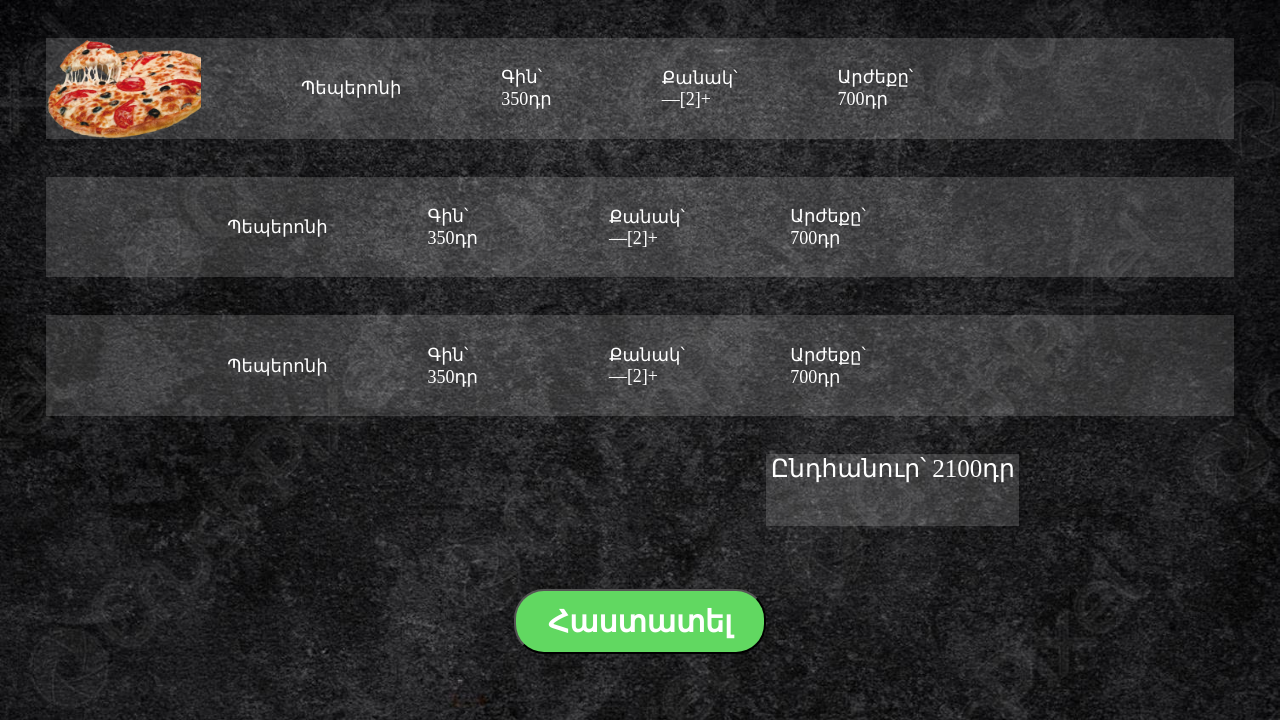
Repository: NarekTovmasyan/PizzaManue
Page: public/basket.html
These files come from the project's save history. The page is drawn as it stood at one moment and after the next save; the edit follows.
The browser window is 1280 px wide. The pictures show the whole page.

Above is the page before, as saved 2022-01-20 15:05:39.

### public/basket.html
<!DOCTYPE html>
<html lang="en">
<head>
    <meta charset="UTF-8">
    <meta http-equiv="X-UA-Compatible" content="IE=edge">
    <meta name="viewport" content="width=device-width, initial-scale=1.0">
    <link rel="stylesheet" href="basket.css">
    <title>BASKET</title>

</head>
<body>
    <div class= "main">
        <div class ="prop">
            <div class="pizza1Img"></div>
            <div>Պեպերոնի</div>
            <div>Գին՝ 350դր</div>
            <div>Քանակ՝ —[2]+ </div>
            <div>Արժեքը՝ 700դր</div>
            <div></div>
         </div>
        <div class ="prop">
            <div class="pizza2Img"></div>
            <div>Պեպերոնի</div>
            <div>Գին՝ 350դր</div>
            <div>Քանակ՝ —[2]+ </div>
            <div>Արժեքը՝ 700դր</div>
            <div></div>
        </div>
        <div class ="prop">
            <div class="pizza3Img"></div>
            <div>Պեպերոնի</div>
            <div>Գին՝ 350դր</div>
            <div>Քանակ՝ —[2]+ </div>
            <div>Արժեքը՝ 700դր</div>
            <div></div>
        </div>
        <div class ="sum">Ընդհանուր՝ 2100դր</div>
         <button class = "confirm">Հաստատել</button>
    </div>
</body>
</html>

### public/basket.css
body {
    background-image: url(./images/background.jpg);
    background-repeat: no-repeat;
    background-size: cover;
  }
 .main{
      width: 100%;
      height: 80vh;
}
.prop{
  background-color: rgba(255, 255, 255, 0.144) ;
  width: 94%;
  height: 14vh;
  margin-top: 3%;
  margin-left: 3%;
  display: grid;
  grid-template-columns: 1fr 1fr 1fr 1fr 1fr 1fr 1fr;
  column-gap: 100px;
  justify-content: center;
  align-items: center;
  color:white ;
  font-size: 18px;
}
 .prop > div{

 }
.sum{
    background-color: rgba(255, 255, 255, 0.144) ;
    width: 20%;
    height: 10vh;
    margin-top: 3%;
    margin-left: 60%;
    font-size: 25px;
    font-weight: 500;
    text-align:center;
    color:white;
}

.confirm{
    background-color:rgb(97, 216, 97);
    height: 9vh;
    width: 20%;
    border-radius: 30px;
    text-align:center;
    font-size: 30px;
    font-weight: 700;
    margin-left:40%;
    margin-top: 5%;
    color:white;
    cursor: pointer;
}
.confirm:hover {
    background-color: rgb(216, 250, 216);
    color: black
  }
.pizza1Img{
    background-image: url(./images/pizza1.png);
    height:100px;
    width: 155px;
    background-size: cover;
}
.pizza1Img{
    background-image: url(./images/pizza2.png);
    height:100px;
    width: 155px;
    background-size: cover;
}
.pizza1Img{
    background-image: url(./images/pizza3.png);
    height:100px;
    width: 155px;
    background-size: cover;
}

After the next save:
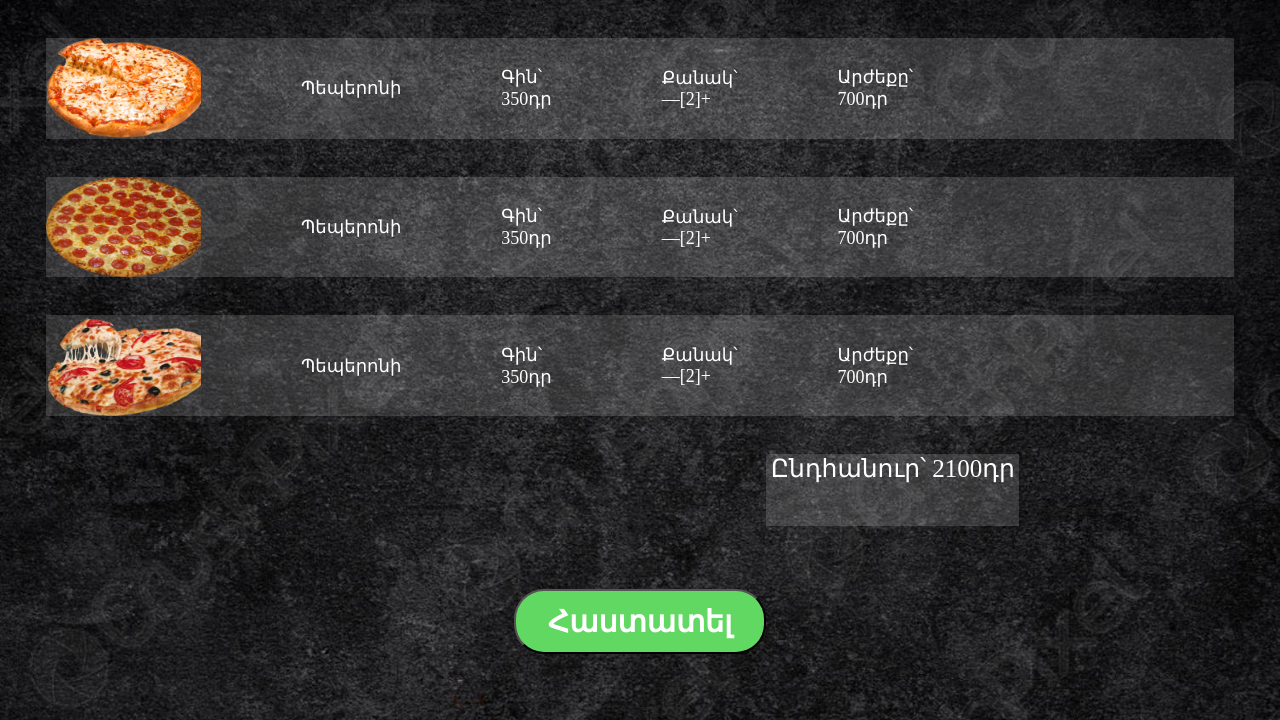
Saved 23 s later.
--- a/public/basket.css
+++ b/public/basket.css
@@ -59,13 +59,13 @@ body {
     width: 155px;
     background-size: cover;
 }
-.pizza1Img{
+.pizza2Img{
     background-image: url(./images/pizza2.png);
     height:100px;
     width: 155px;
     background-size: cover;
 }
-.pizza1Img{
+.pizza3Img{
     background-image: url(./images/pizza3.png);
     height:100px;
     width: 155px;
